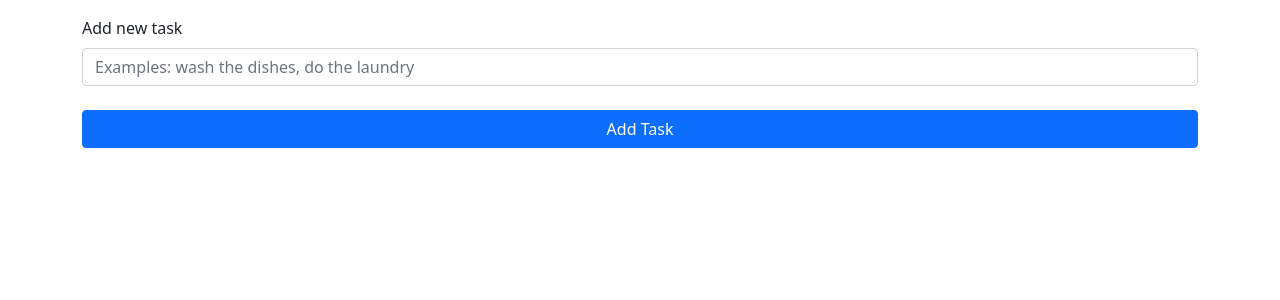
Repository: jchukwuezi/React-RestEASY-CRUD
Page: / (app in frontend/)
The author's editor kept a copy of each file at every save. The page is drawn from the files as they stood at one save, then again after a run of saves.
The browser window is 1280 px wide. The pictures show the whole page.
The project was rebuilt for these pictures with package versions that can differ from the ones it lists, and the page was loaded fresh each time.

Above is the page before, as saved 2022-03-26 13:22:07.

### frontend/src/App.js
import {Container, Form, Button} from 'react-bootstrap'

function App() {
  return (
    <Container className='justify-content-center'>
      <Form className='mt-3'>
        <Form.Group>
            <Form.Label>Add new task</Form.Label>
            <Form.Control placeholder='Examples: wash the dishes, do the laundry' />
            <div className='d-grid'>
              <Button className='mt-4'>Add Task</Button>
            </div>
        </Form.Group>
      </Form>
    </Container>
  );
}

export default App;

### frontend/src/TaskTable.js
import React, {useEffect} from 'react'
import {Table, Button} from 'react-bootstrap'

const TaskTable = () =>{
    <Table responsive>
        <thead>
            <tr>
                <th>Tasks</th>
            </tr>
        </thead>
        <tbody>
            <tr>
                <td>Dummy Task</td>
                <td> <Button>Delete</Button></td>
            </tr>
        </tbody>
    </Table>
}

export default TaskTable

Loaded but not shown: frontend/public/index.html (common file); frontend/src/index.js (common file); frontend/src/index.css (common file); frontend/src/reportWebVitals.js (common file)

After the next 2 saves:
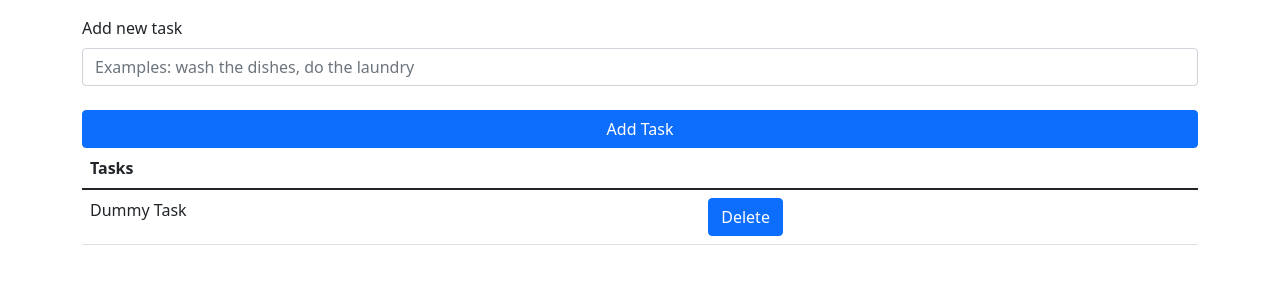
The 2 saves are shown as one change because 1 did not build or start.
The last was saved 62 s later.
--- a/frontend/src/App.js
+++ b/frontend/src/App.js
@@ -1,4 +1,5 @@
-import {Container, Form, Button} from 'react-bootstrap'
+import {Container, Form, Button, Row} from 'react-bootstrap'
+import TaskTable from './TaskTable';
 
 function App() {
   return (
@@ -12,6 +13,10 @@ function App() {
             </div>
         </Form.Group>
       </Form>
+
+      <Row>
+        <TaskTable />
+      </Row>
     </Container>
   );
 }
--- a/frontend/src/TaskTable.js
+++ b/frontend/src/TaskTable.js
@@ -2,7 +2,8 @@ import React, {useEffect} from 'react'
 import {Table, Button} from 'react-bootstrap'
 
 const TaskTable = () =>{
-    <Table responsive>
+    return(
+        <Table responsive>
         <thead>
             <tr>
                 <th>Tasks</th>
@@ -15,6 +16,7 @@ const TaskTable = () =>{
             </tr>
         </tbody>
     </Table>
+    )
 }
 
 export default TaskTable
